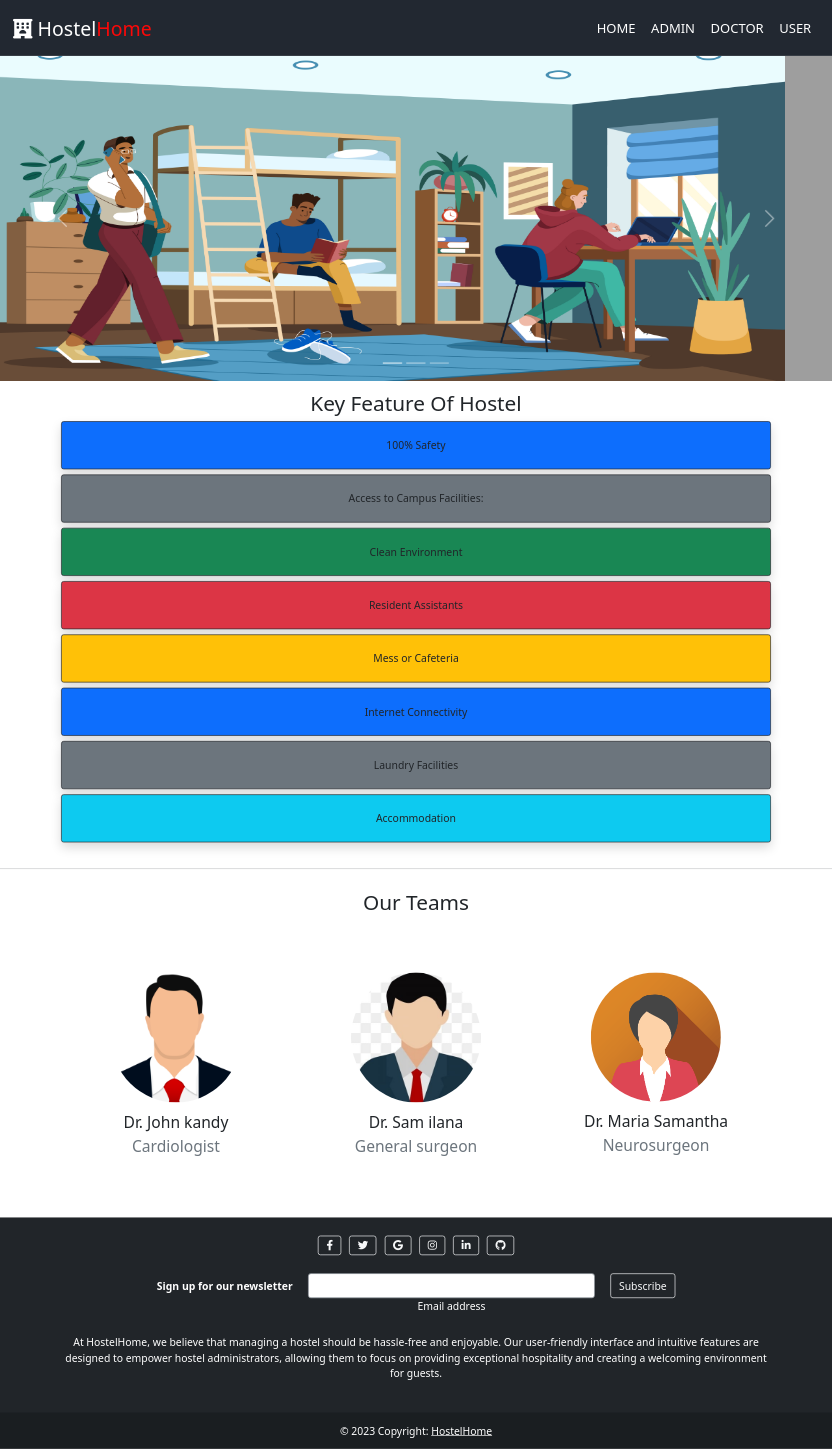
Repository: SparshGarg1/Hostel_Managment_System
Page: http://localhost/Hostel/
An editor plug-in stored every save of this project. The page is shown before and after the next save, followed by the edit.
The browser window is 1280 px wide. The pictures show the whole page, at 65% of full size.
Pictures or frames that could not be fetched are drawn as grey boxes. Some web libraries are served in a nearby version. The page is served by Tomcat 9.

Above is the page before, as saved 2023-06-17 05:21:34.

After the next save:
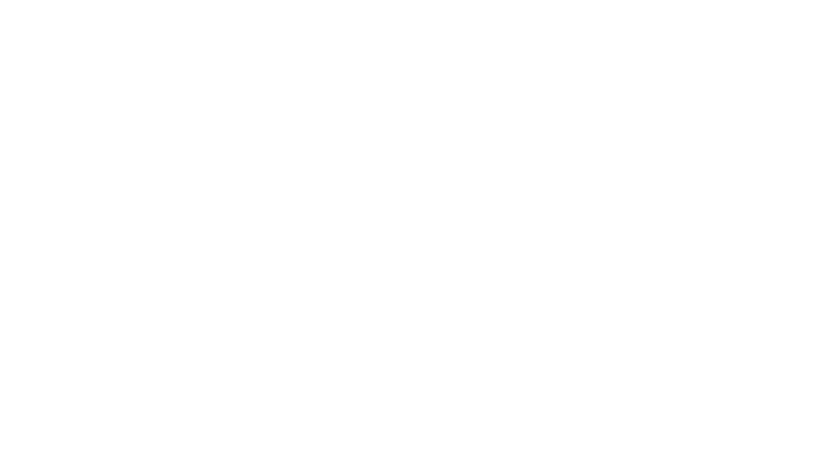
Saved 19 s later.
--- a/Hostel/WebContent/index.jsp
+++ b/Hostel/WebContent/index.jsp
@@ -5,7 +5,7 @@
 <head>
 <meta http-equiv="Content-Type" content="text/html; charset=ISO-8859-1">
 <link rel="stylesheet" href="style.css">
-<title>Insert title here</title>
+<title>HostelHometitle>
 <%@ include file="component/allcss.jsp" %>
 </head>
 <body>

After the save that followed:
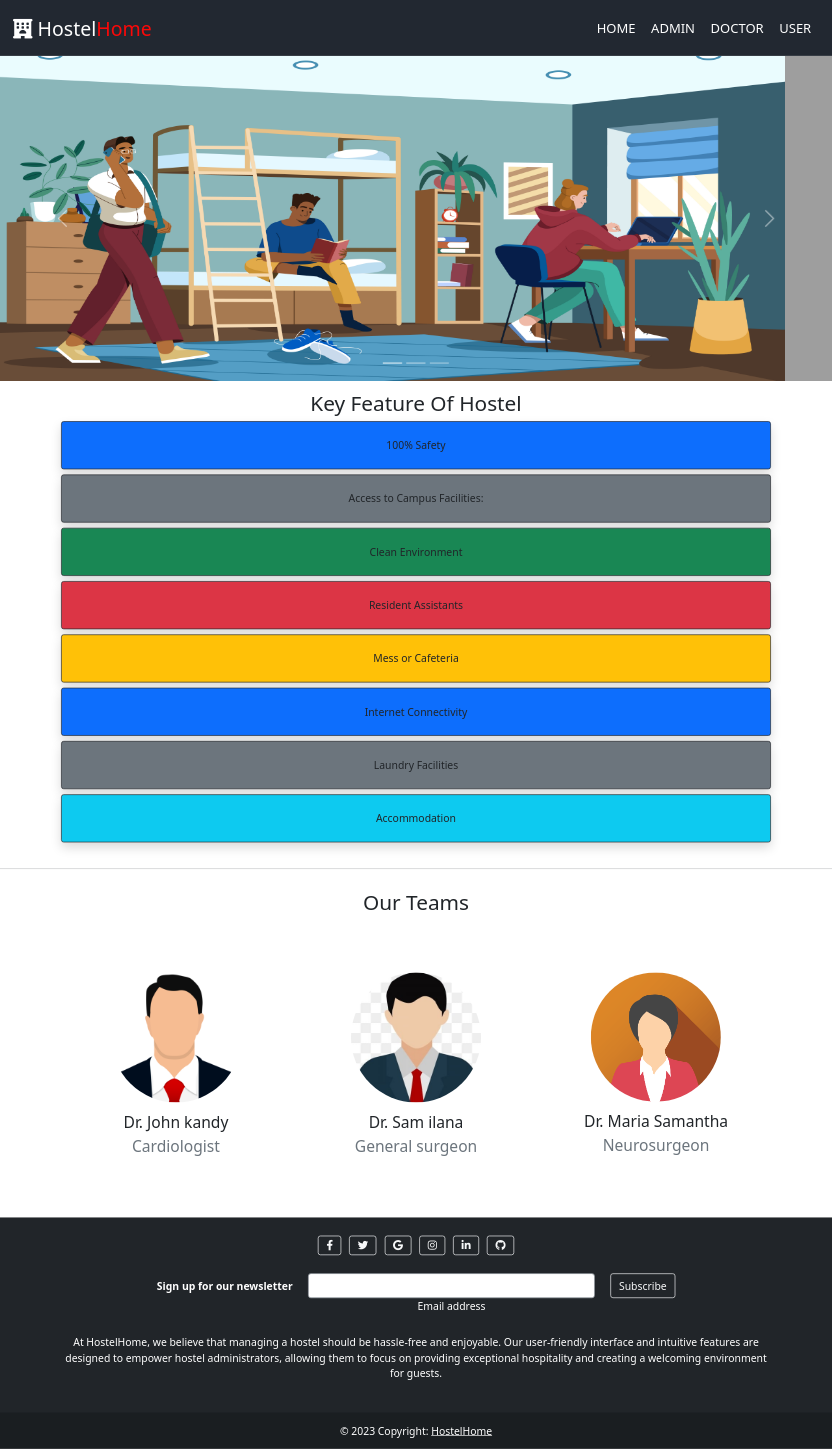
Saved 18 s later.
--- a/Hostel/WebContent/index.jsp
+++ b/Hostel/WebContent/index.jsp
@@ -5,7 +5,7 @@
 <head>
 <meta http-equiv="Content-Type" content="text/html; charset=ISO-8859-1">
 <link rel="stylesheet" href="style.css">
-<title>HostelHometitle>
+<title>HostelHome</title>
 <%@ include file="component/allcss.jsp" %>
 </head>
 <body>
